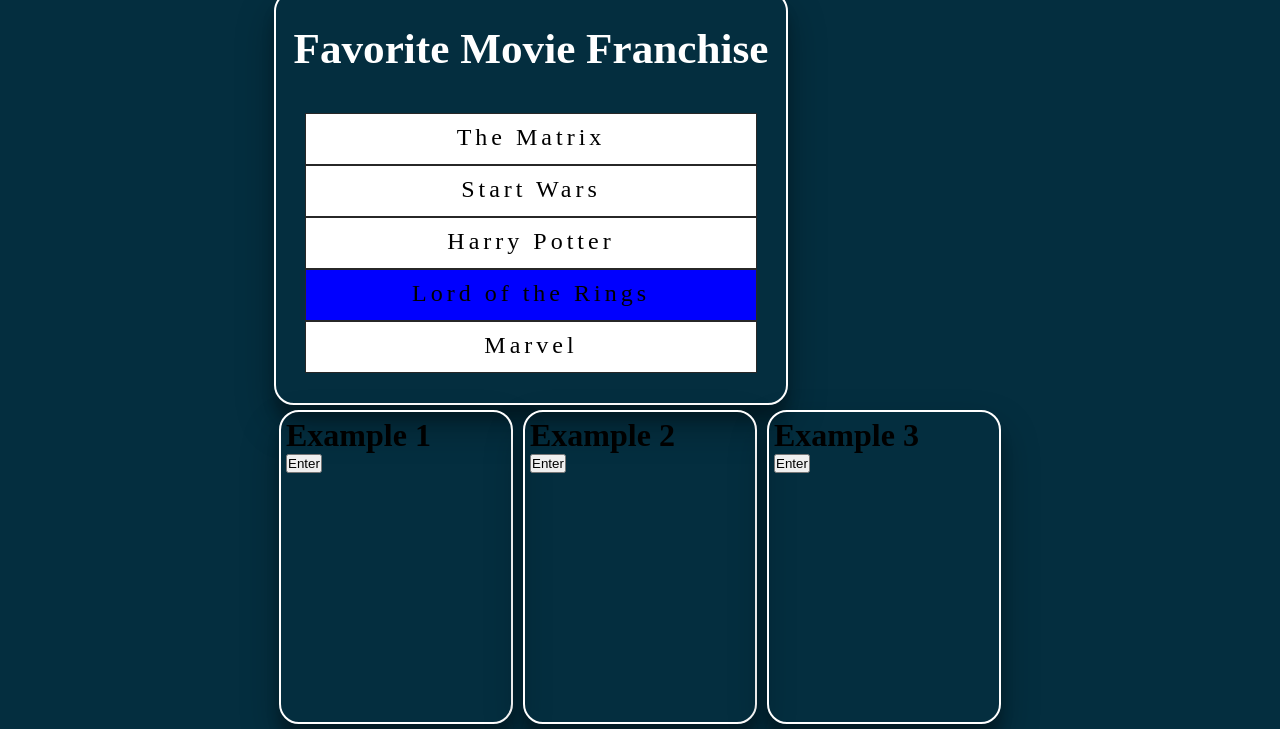
Repository: Ellisvelandia/DOM-Manipulation
Page: index.html
The author's editor kept a copy of each file at every save. The page is drawn from the files as they stood at one save, then again after the next save.
The browser window is 1280 px wide. The pictures show the whole page.

Above is the page before, as saved 2022-08-22 16:50:49.

After the next save:
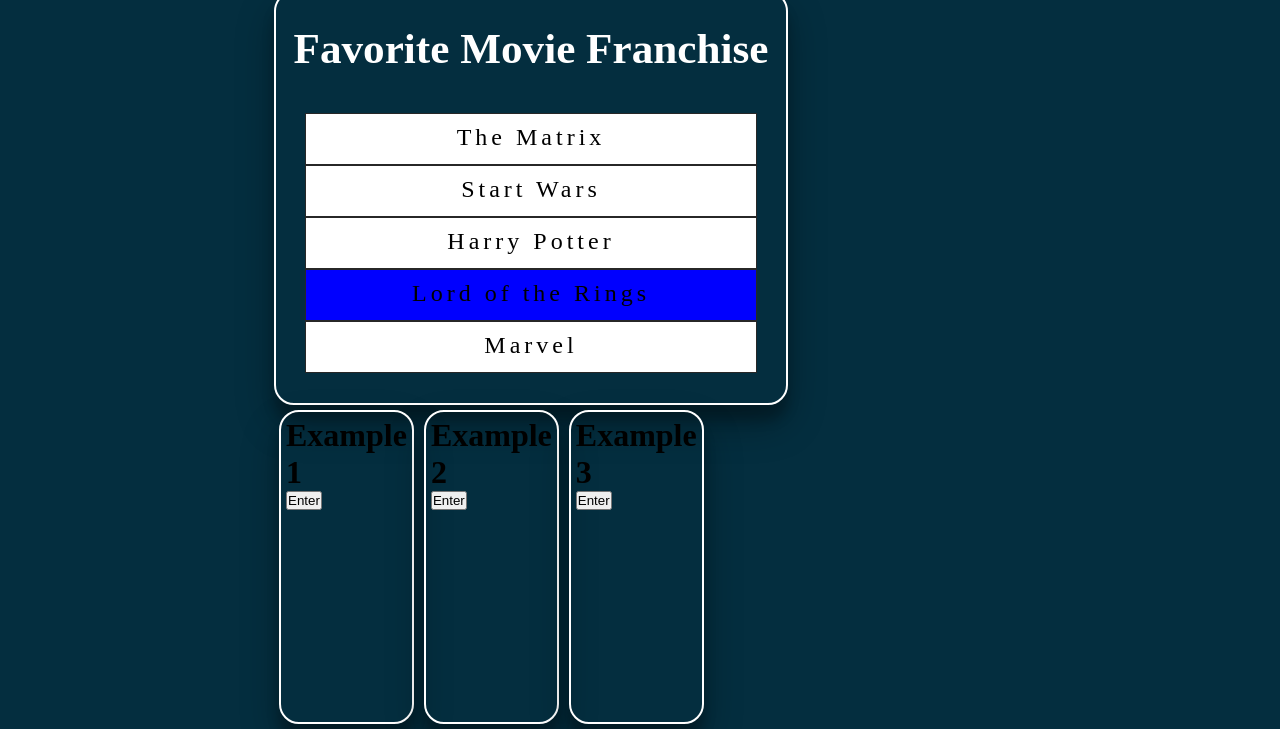
Saved 12 s later.
--- a/style.css
+++ b/style.css
@@ -56,7 +56,7 @@
   align-items: baseline;
   flex-direction: row;
   justify-content: space-evenly;
-  max-width: 100%;
+  max-width: 0%;
 }
 
 .boxes {

After the 2 saves that followed:
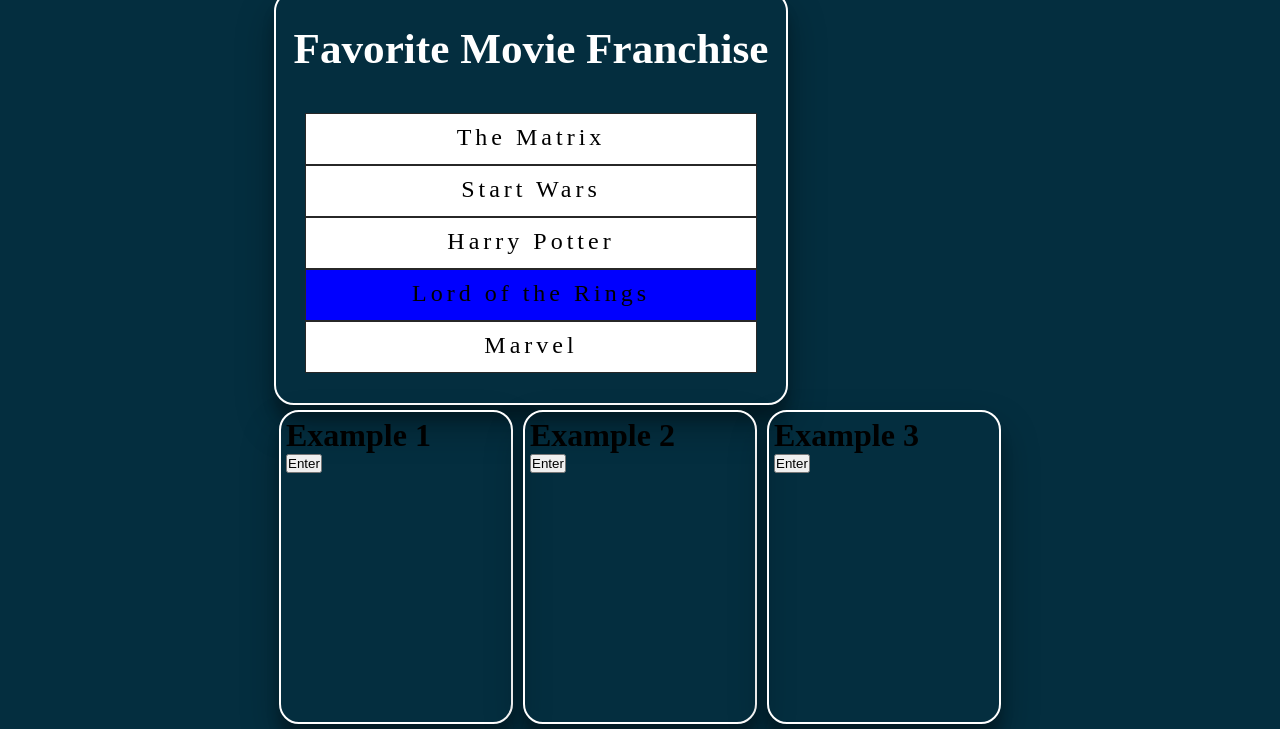
The 2 saves are shown as one change because they came seconds apart.
The last was saved 6 s later.
--- a/style.css
+++ b/style.css
@@ -56,10 +56,10 @@
   align-items: baseline;
   flex-direction: row;
   justify-content: space-evenly;
-  max-width: 0%;
 }
 
 .boxes {
+  max-width: 100%;
   margin: 5px;
   display: inline-block;
   align-items: baseline;
